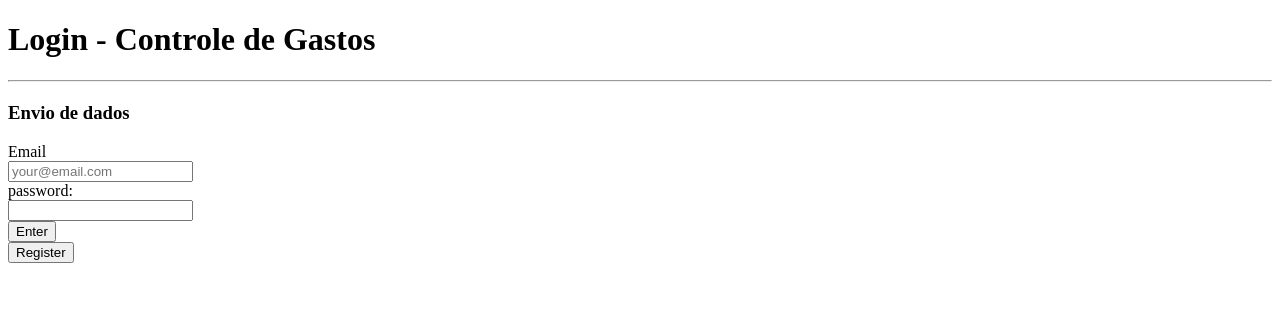
Repository: MarcioFreitasUFSC21/FrontEnd-part-1
Page: index.html
These files come from the project's save history. The page is drawn as it stood at one moment and after a run of saves; the edit follows.
The browser window is 1280 px wide. The pictures show the whole page.

Above is the page before, as saved 2023-04-22 20:03:55.

### index.html
<!DOCTYPE html>
<html lang="pt-br>
<head>
    <meta charset="UTF-8">
    <meta http-equiv="X-UA-Compatible" content="IE=edge">
    <meta name="viewport" content="width=device-width, initial-scale=1.0">
    <title>Controle Gastos</title>
    <link rel = "stylesheets" href = "style.css">
</head>
<body>
    <h1> Login - Controle de Gastos </h1>
    <hr>
    <form>
            <h2>
                <h3> Envio de dados</h3>
                    <div>
                        <label type = "email"> Email </label> <br>
                        <input type = "email" placeholder="your@email.com" ></input>
                            <div>
                               <label type = "password"> password: </label>
                            </div>
                            <div>
                               <input type = "password"> </input>
                            </div>
                     <div>
                         <button type = "button" action = "save" onclick="alert('exemple')"> Enter</button>
                      </div>
                    <div>
                      <button  type = "button  class = "solid">Register</button>
                    </div>

            </h2>
    </form>
</body>
</html>

After the next 2 saves:
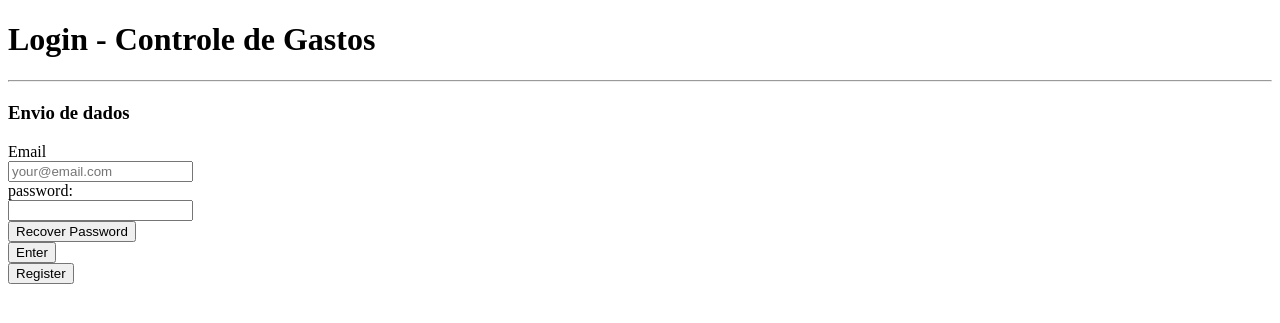
The 2 saves are shown as one change because they came seconds apart.
The last was saved 6 s later.
--- a/index.html
+++ b/index.html
@@ -22,6 +22,9 @@
                             <div>
                                <input type = "password"> </input>
                             </div>
+                            <div>
+                                <button type = "button" class = "outline"> Recover Password</button>
+                             </div>
                      <div>
                          <button type = "button" action = "save" onclick="alert('exemple')"> Enter</button>
                       </div>
